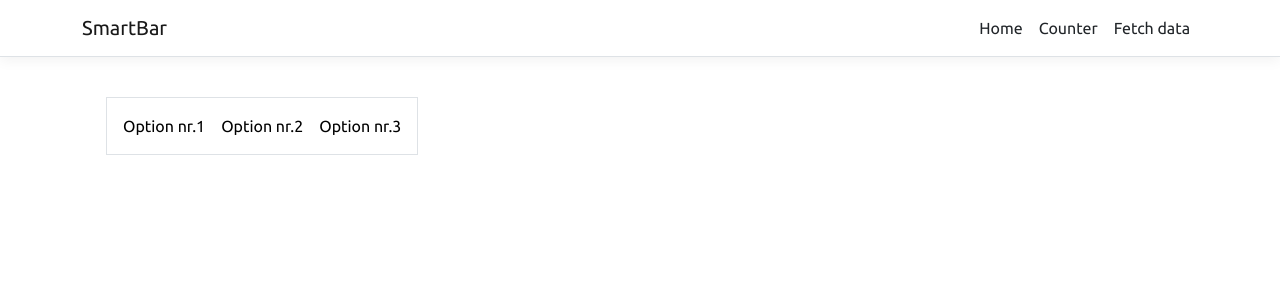
Repository: dropauteriai/SmartBarFrontEnd
Page: /
The author's editor kept a copy of each file at every save. The page is drawn from the files as they stood at one save, then again after the next save.
The browser window is 1280 px wide. The pictures show the whole page.
The page's requests for data from a server got no answer. The project was rebuilt for these pictures with package versions that can differ from the ones it lists, and the page was loaded fresh each time. No one was signed in, and anything a server would have sent is missing. Also part of the build but not shown: src/components/Counter.js, src/components/FetchData.js, src/components/Card.js, src/components/SideBar.js.

Above is the page before, as saved 2023-02-14 05:52:59.

### public/index.html
<!DOCTYPE html>
<html lang="en">
  <head>
    <meta charset="utf-8" />
    <meta
      name="viewport"
      content="width=device-width, initial-scale=1, shrink-to-fit=no"
    />
    <meta name="theme-color" content="#000000" />
    <base href="%PUBLIC_URL%/" />
    <!--
      manifest.json provides metadata used when your web app is added to the
      homescreen on Android. See https://developers.google.com/web/fundamentals/engage-and-retain/web-app-manifest/
    -->
    <link rel="manifest" href="%PUBLIC_URL%/manifest.json" />
    <link rel="shortcut icon" href="%PUBLIC_URL%/favicon.ico" />
    <link
      href="https://fonts.googleapis.com/css2?family=Ubuntu:ital,wght@0,300;0,400;0,500;0,700;1,300;1,400;1,500;1,700&display=swap"
      rel="stylesheet"
    />

    <!--
      Notice the use of %PUBLIC_URL% in the tags above.
      It will be replaced with the URL of the `public` folder during the build.
      Only files inside the `public` folder can be referenced from the HTML.

      Unlike "/favicon.ico" or "favicon.ico", "%PUBLIC_URL%/favicon.ico" will
      work correctly both with client-side routing and a non-root public URL.
      Learn how to configure a non-root public URL by running `npm run build`.
    -->
    <link
      rel="stylesheet"
      href="https://cdnjs.cloudflare.com/ajax/libs/font-awesome/6.2.1/css/all.min.css"
      integrity="sha512-MV7K8+y+gLIBoVD59lQIYicR65iaqukzvf/nwasF0nqhPay5w/9lJmVM2hMDcnK1OnMGCdVK+iQrJ7lzPJQd1w=="
      crossorigin="anonymous"
      referrerpolicy="no-referrer"
    />
    <title>SmartBar</title>
  </head>
  <body>
    <noscript> You need to enable JavaScript to run this app. </noscript>
    <div id="root"></div>
    <!--
      This HTML file is a template.
      If you open it directly in the browser, you will see an empty page.

      You can add webfonts, meta tags, or analytics to this file.
      The build step will place the bundled scripts into the <body> tag.

      To begin the development, run `npm start` or `yarn start`.
      To create a production bundle, use `npm run build` or `yarn build`.
    -->
  </body>
</html>

### src/index.js
import 'bootstrap/dist/css/bootstrap.css';
import React from 'react';
import { createRoot } from 'react-dom/client';
import { BrowserRouter } from 'react-router-dom';
import App from './App';
//import * as serviceWorkerRegistration from './serviceWorkerRegistration';
import reportWebVitals from './reportWebVitals';

const baseUrl = document.getElementsByTagName('base')[0].getAttribute('href');
const rootElement = document.getElementById('root');
const root = createRoot(rootElement);

root.render(
  <BrowserRouter basename={baseUrl}>
    <App />
  </BrowserRouter>);

// If you want your app to work offline and load faster, you can change
// unregister() to register() below. Note this comes with some pitfalls.
// Learn more about service workers: https://cra.link/PWA
//serviceWorkerRegistration.unregister();

// If you want to start measuring performance in your app, pass a function
// to log results (for example: reportWebVitals(console.log))
// or send to an analytics endpoint. Learn more: https://bit.ly/CRA-vitals
reportWebVitals();

### src/App.js
import React, { Component } from 'react';
import { Route, Routes } from 'react-router-dom';
import AppRoutes from './AppRoutes';
import { Layout } from './components/Layout';
import './custom.css';
import './css/bootstrap.css';

export default class App extends Component {
  static displayName = App.name;

  render() {
    return (
      <Layout>
        <Routes>
          {AppRoutes.map((route, index) => {
            const { element, ...rest } = route;
            return <Route key={index} {...rest} element={element} />;
          })}
        </Routes>
      </Layout>
    );
  }
}

### src/custom.css
/* Provide sufficient contrast against white background */
* {
  font-family: "Ubuntu", sans-serif;
}

### src/components/Home.js
import React, { Component } from "react";
import { Container, Col } from "react-bootstrap";
import Card from "./Card.js";
import SideBar from "./SideBar.js";
import Row from "react-bootstrap/Row";
import Popup from "./Popup.js";

export class Home extends Component {
  static displayName = Home.name;

  constructor(props) {
    super(props);
    this.state = { tables: [], loading: true };
  }

  componentDidMount() {
    this.populateTableData();
  }

  static renderTableList(tables) {
    return (
      <Row xs={1} md={2}>
        {tables.map((table, index, tables) => {
          <Card name={table.name} id={table.id} />;
        })}
      </Row>
    );
  }
  render() {
    // let contents = this.state.loading ? (
    //   <p>
    //     <em>Loading...</em>
    //   </p>
    // ) : (
    //   (contents = this.renderTableList(this.state.tables))
    // );
    let contents;
    if (this.state.loading) {
      contents = (
        <p>
          <em>Loading...</em>
        </p>
      );
    } else {
      contents = Home.renderTableList(this.state.tables);
      console.log(contents);
    }

    return (
      <div className="row p-4">
        {this.state.tables.map((table, index) => (
          <Card name={table.name} />
        ))}
        <Popup/>
      </div>
    );
  }

  async populateTableData() {
    const response = await fetch("https://localhost:5001/Table");
    const data = await response.json();
    this.setState({ tables: data, loading: false });
  }
}

### src/components/NavMenu.js
import React, { Component } from 'react';
import { Collapse, Navbar, NavbarBrand, NavbarToggler, NavItem, NavLink } from 'reactstrap';
import { Link } from 'react-router-dom';
import './NavMenu.css';

export class NavMenu extends Component {
  static displayName = NavMenu.name;

  constructor (props) {
    super(props);

    this.toggleNavbar = this.toggleNavbar.bind(this);
    this.state = {
      collapsed: true
    };
  }

  toggleNavbar () {
    this.setState({
      collapsed: !this.state.collapsed
    });
  }

  render() {
    return (
      <header>
        <Navbar className="navbar-expand-sm navbar-toggleable-sm ng-white border-bottom box-shadow mb-3" container light>
          <NavbarBrand tag={Link} to="/">SmartBar</NavbarBrand>
          <NavbarToggler onClick={this.toggleNavbar} className="mr-2" />
          <Collapse className="d-sm-inline-flex flex-sm-row-reverse" isOpen={!this.state.collapsed} navbar>
            <ul className="navbar-nav flex-grow">
              <NavItem>
                <NavLink tag={Link} className="text-dark" to="/">Home</NavLink>
              </NavItem>
              <NavItem>
                <NavLink tag={Link} className="text-dark" to="/counter">Counter</NavLink>
              </NavItem>
              <NavItem>
                <NavLink tag={Link} className="text-dark" to="/fetch-data">Fetch data</NavLink>
              </NavItem>
            </ul>
          </Collapse>
        </Navbar>
      </header>
    );
  }
}

### src/components/Popup.js
import React from "react";

export default function Popup() {
  return (
    <div className="d-inline-flex">
      <div className="p-2 align-items-center justify-content-center border borde">
        <button className="p-2 border-0 align-items-center justify-content-center bg-white">
          Option nr.1
        </button>
        <button className="p-2 border-0 align-items-center justify-content-center bg-white">
          Option nr.2
        </button>
        <button className="p-2 border-0 align-items-center justify-content-center bg-white">
          Option nr.3
        </button>
      </div>
    </div>
  );
}

Loaded but not shown: src/reportWebVitals.js (common file); src/AppRoutes.js (common file); src/components/Layout.js (common file); src/css/bootstrap.css (library); src/components/NavMenu.css (common file)

After the next save:
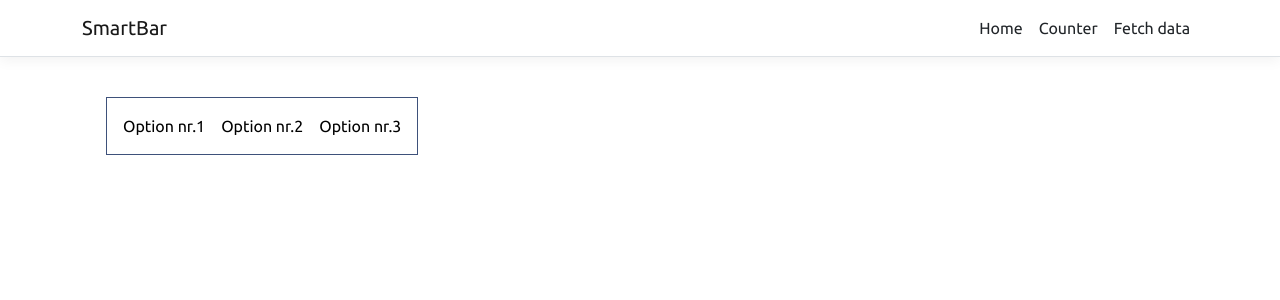
Saved 7 s later.
--- a/src/components/Popup.js
+++ b/src/components/Popup.js
@@ -3,7 +3,7 @@ import React from "react";
 export default function Popup() {
   return (
     <div className="d-inline-flex">
-      <div className="p-2 align-items-center justify-content-center border borde">
+      <div className="p-2 align-items-center justify-content-center border border-1 border-secondary">
         <button className="p-2 border-0 align-items-center justify-content-center bg-white">
           Option nr.1
         </button>
